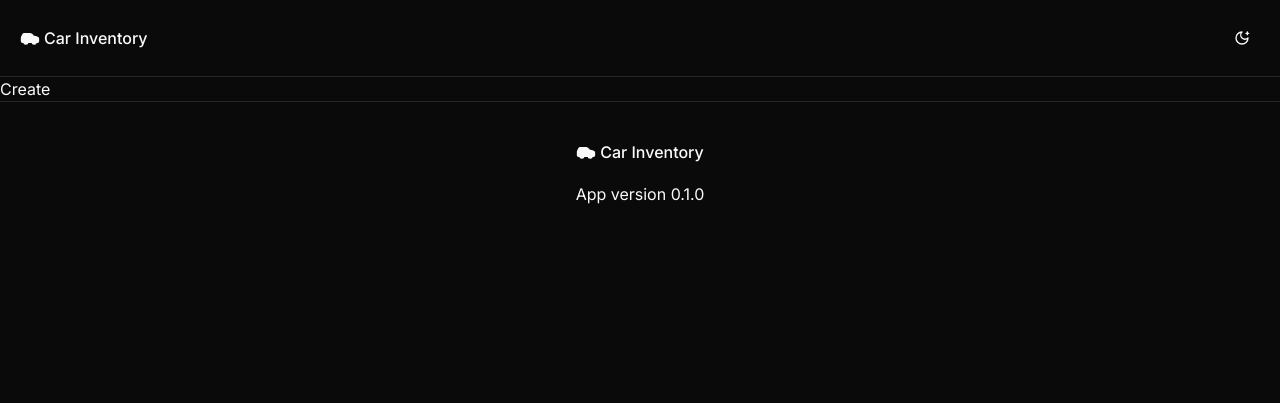
Repository: tushcmd/car-inventory
Page: /create (app in frontend/)
An editor plug-in stored every save of this project. The page is shown before and after the next save, followed by the edit.
The browser window is 1280 px wide. The pictures show the whole page.
The project was rebuilt for these pictures with package versions that can differ from the ones it lists, and the page was loaded fresh each time. The framework's server and built-in components were replaced by stand-ins that run in the browser. Also part of the build but not shown: frontend/next.config.mjs.

Above is the page before, as saved 2024-05-12 02:57:39.

After the next save:
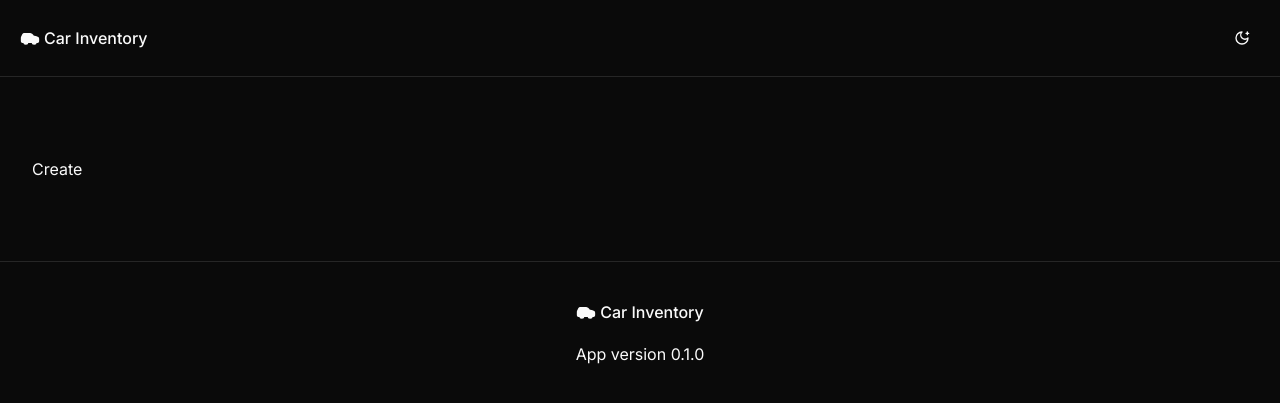
Saved 32 s later.
--- a/frontend/app/create/page.tsx
+++ b/frontend/app/create/page.tsx
@@ -2,6 +2,6 @@
 
 export default function Create() {
     return (
-        <div>Create</div>
+        <div className="page-container">Create</div>
     )
 }
